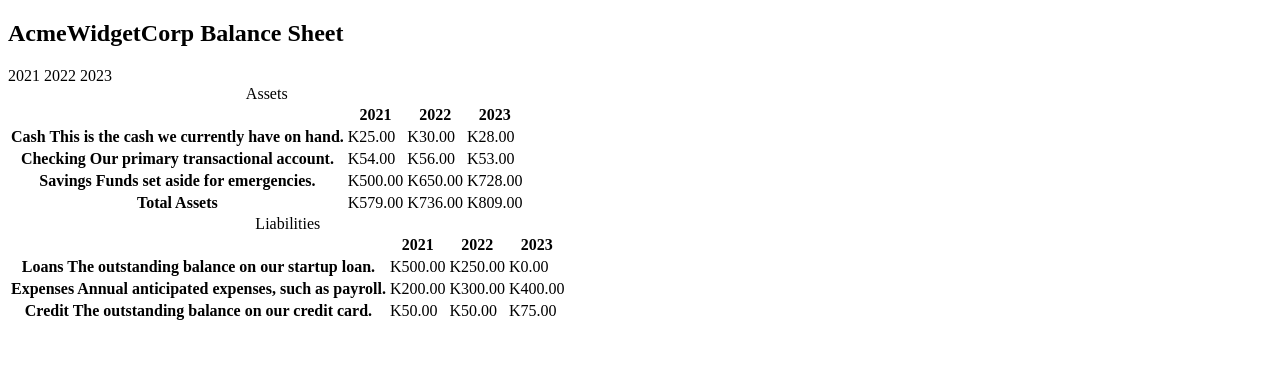
Repository: Lungdjos/balance_shee
Page: index.html
These files come from the project's save history. The page is drawn as it stood at one moment and after the next save; the edit follows.
The browser window is 1280 px wide. The pictures show the whole page.

Above is the page before, as saved 2023-10-31 16:59:27.

### index.html
<!DOCTYPE html>
<html lang="en">

<head>
    <meta charset="UTF-8">
    <meta name="viewport" content="width=device-width, initial-scale=1.0">
    <title>Balance Sheet</title>
    <link rel="stylesheet" href="styles.css">
</head>

<body>
    <main>
        <section>
            <h1>
                <span class="flex">
                <span>AcmeWidgetCorp</span>
                <span>Balance Sheet</span>
                </span>
            </h1>
            <div id="years" aria-hidden="true">
                <span class="year">2021</span>
                <span class="year">2022</span>
                <span class="year">2023</span>
            </div>
            <div class="table-wrap">
                <table>
                    <caption>Assets</caption>
                    <thead>
                        <tr>
                            <td></td>
                            <th><span class="sr-only year">2021</span></th>
                            <th><span class="sr-only year">2022</span></th>
                            <th class="current"><span class="current">2023</span></th>
                        </tr>
                    </thead>
                    <tbody>
                        <tr class="data">
                            <th>
                                Cash <span class="description">This is the cash we currently have on hand.</span>
                            </th>
                            <td>K25.00</td>
                            <td>K30.00</td>
                            <td class="current">K28.00</td>
                        </tr>
                        <tr class="data">
                            <th>
                                Checking <span class="description">Our primary transactional account.</span>
                            </th>
                            <td>K54.00</td>
                            <td>K56.00</td>
                            <td class="current">K53.00</td>
                        </tr>
                        <tr class="data">
                            <th>
                                Savings <span class="description">Funds set aside for emergencies.</span>
                            </th>
                            <td>K500.00</td>
                            <td>K650.00</td>
                            <td class="current">K728.00</td>
                        </tr>
                        <tr class="total">
                            <th>
                                Total <span class="sr-only">Assets</span>
                            </th>
                            <td>K579.00</td>
                            <td>K736.00</td>
                            <td class="current">K809.00</td>
                        </tr>
                    </tbody>
                </table>
                <table>
                    <caption>Liabilities</caption>
                    <thead>
                        <tr>
                            <td></td>
                            <th><span class="sr-only">2021</span></th>
                            <th><span class="sr-only">2022</span></th>
                            <th><span class="sr-only">2023</span></th>

                        </tr>
                    </thead>
                    <tbody>
                        <tr class="data">
                            <th>
                                Loans <span class="description">The outstanding balance on our startup loan.</span>
                            </th>
                            <td>K500.00</td>
                            <td>K250.00</td>
                            <td class="current">K0.00</td>
                        </tr>
                        <tr class="data">
                            <th>
                                Expenses <span class="description">Annual anticipated expenses, such as payroll.</span>
                            </th>
                            <td>K200.00</td>
                            <td>K300.00</td>
                            <td class="current">K400.00</td>
                        </tr>
                        <tr class="data">
                            <th>
                                Credit <span class="description">The outstanding balance on our credit card.</span>
                            </th>
                            <td>K50.00</td>
                            <td>K50.00</td>
                            <td class="current">K75.00</td>
                        </tr>
                        <tr class="total"></tr>
                    </tbody>
                </table>
                <table></table>
            </div>
        </section>
    </main>
</body>

</html>

</html>

Loaded but not shown: styles.css (no copy from this time; the picture is the same without it)

After the next save:
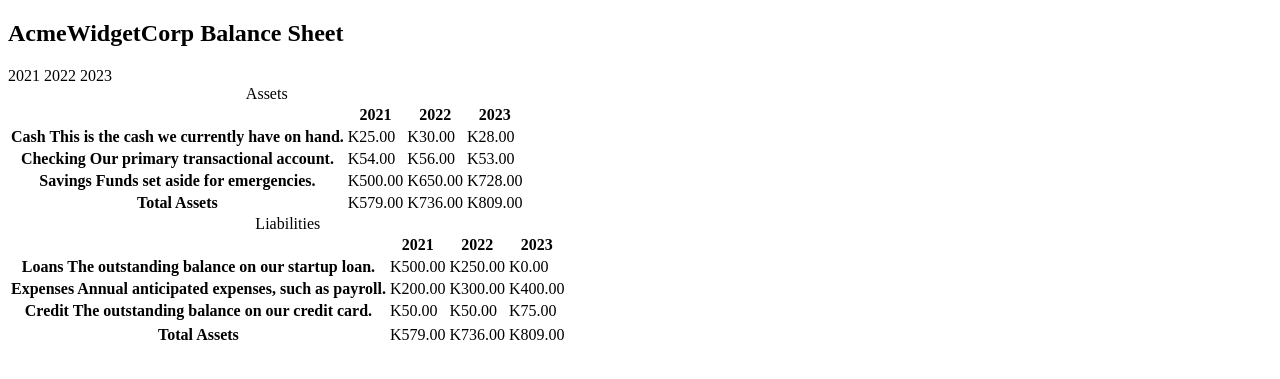
Saved 89 s later.
--- a/index.html
+++ b/index.html
@@ -104,7 +104,16 @@
                             <td>K50.00</td>
                             <td class="current">K75.00</td>
                         </tr>
-                        <tr class="total"></tr>
+                        <tr class="total">
+                            <tr class="total">
+                                <th>
+                                    Total <span class="sr-only">Assets</span>
+                                </th>
+                                <td>K579.00</td>
+                                <td>K736.00</td>
+                                <td class="current">K809.00</td>
+                            </tr>
+                        </tr>
                     </tbody>
                 </table>
                 <table></table>

After the save that followed:
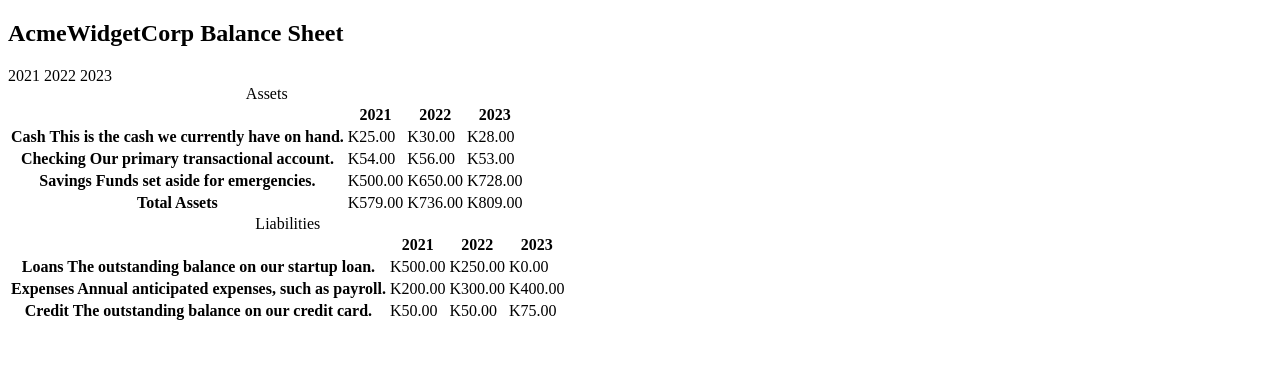
Saved 8 s later.
--- a/index.html
+++ b/index.html
@@ -105,14 +105,7 @@
                             <td class="current">K75.00</td>
                         </tr>
                         <tr class="total">
-                            <tr class="total">
-                                <th>
-                                    Total <span class="sr-only">Assets</span>
-                                </th>
-                                <td>K579.00</td>
-                                <td>K736.00</td>
-                                <td class="current">K809.00</td>
-                            </tr>
+
                         </tr>
                     </tbody>
                 </table>
